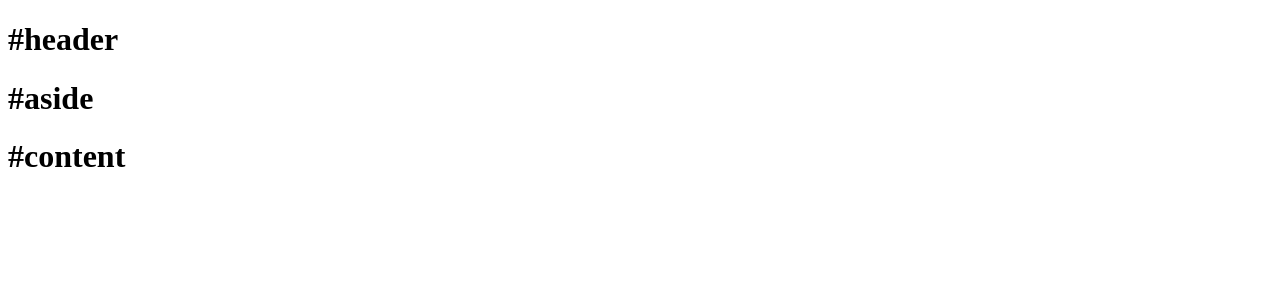
Repository: LucestDail/WebEclipse-Workspace
Page: htmlProject/WebContent/cssEx2.html
These files come from the project's save history. The page is drawn as it stood at one moment and after the next save; the edit follows.
The browser window is 1280 px wide. The pictures show the whole page.

Above is the page before, as saved 2020-11-06 04:47:36.

### htmlProject/WebContent/cssEx2.html
<!DOCTYPE html>
<html>
<head>
<meta charset="UTF-8">
<title>id attribute value selection</title>
</head>
<body>
<div id = "header">
	<h1> #header</h1>
</div>
<body>
<div id = "wrap">
	<div id = "aside">
		<h1> #aside</h1>
	</div>
	<div id = "content">
		<h1>#content</h1>
	</div>
</div>


</body>
</html>

After the next save:
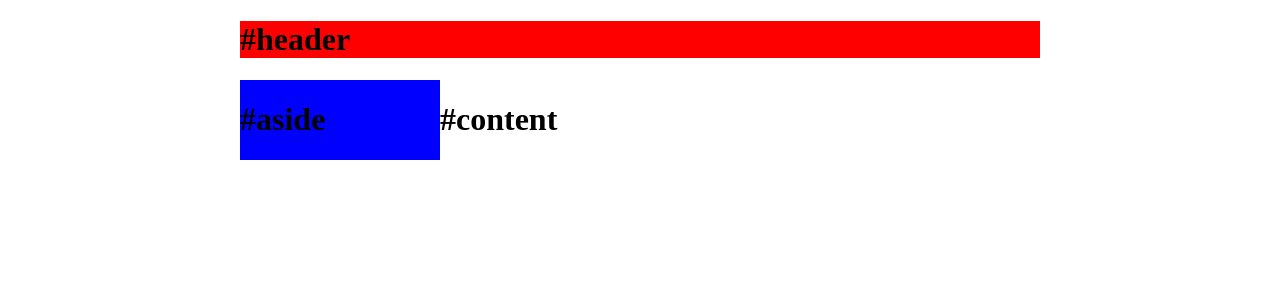
Saved 4 min 50 s later.
--- a/htmlProject/WebContent/cssEx2.html
+++ b/htmlProject/WebContent/cssEx2.html
@@ -3,6 +3,18 @@
 <head>
 <meta charset="UTF-8">
 <title>id attribute value selection</title>
+<style type = "text/css">
+	#header{
+		width:800px; margin:0 auto; background:red;
+	}
+	#wrap{
+		width:800px; margin:0 auto; overflow:hidden;
+	}
+	#aside{
+		width:200px; float:left; background:blue;
+	}
+
+</style>
 </head>
 <body>
 <div id = "header">
